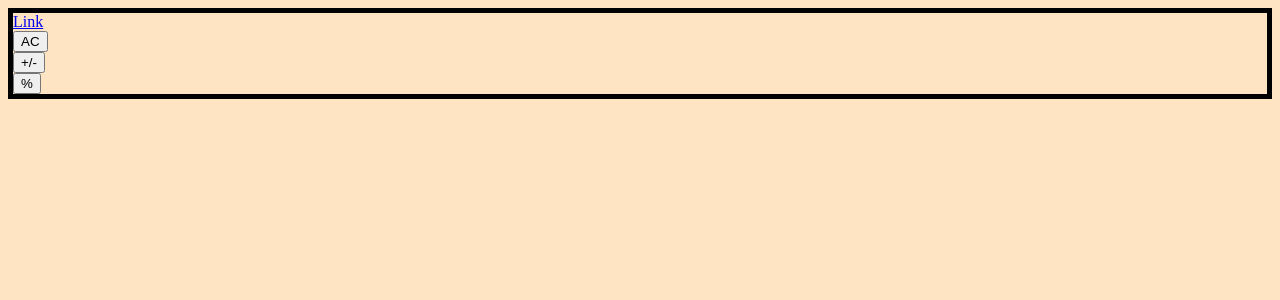
Repository: noahcallen/LAB-calculator
Page: index.html
These files come from the project's save history. The page is drawn as it stood at one moment and after the next save; the edit follows.
The browser window is 1280 px wide. The pictures show the whole page.

Above is the page before, as saved 2024-07-09 21:20:00.

After the next save:
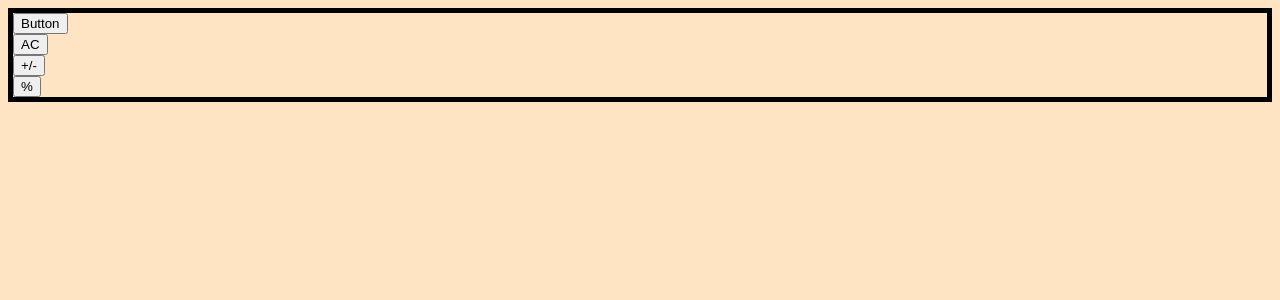
Saved 17 s later.
--- a/index.html
+++ b/index.html
@@ -12,7 +12,7 @@
   <div class="outline">
 
     <div>
-      <a class="btn btn-primary" href="#" role="button">Link</a>
+      <button class="btn btn-primary" type="submit">Button</button>
       <div class="button1">
         <input class="btn btn-primary" type="reset" value="AC">
       </div>
